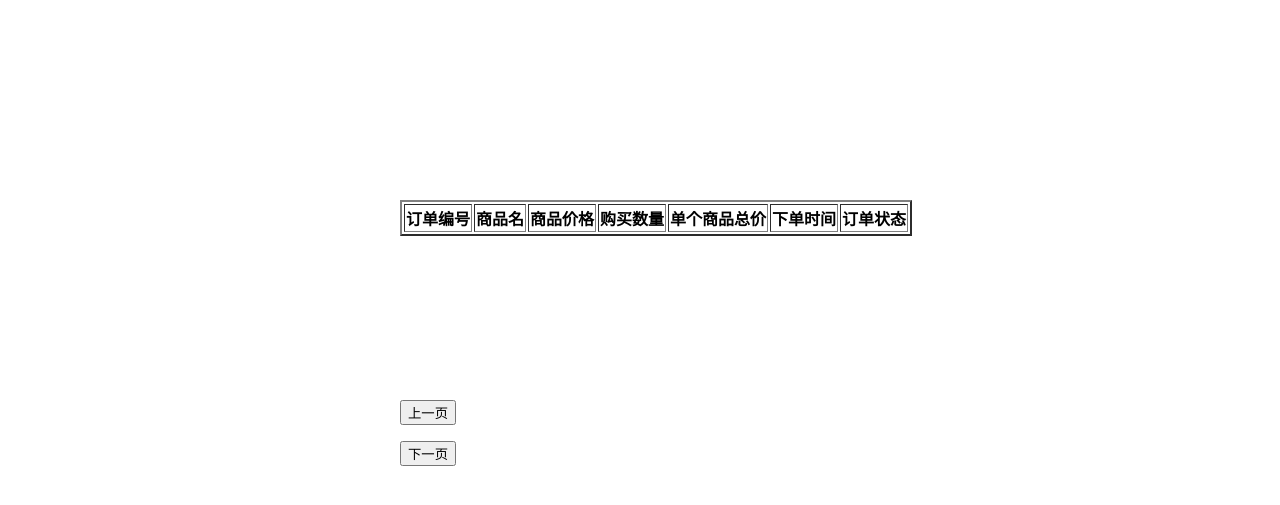
Repository: Gale-student/Gale-student.github.io
Page: http://localhost/weshop/OrdersDetailQueryAllServlet
These files come from the project's save history. The page is drawn as it stood at one moment and after the next save; the edit follows.
The browser window is 1280 px wide. The pictures show the whole page.
The page is served by Tomcat 9. Queries for data that is not in the repository find no rows.

Above is the page before, as saved 2022-10-04 09:00:08.

After the next save:
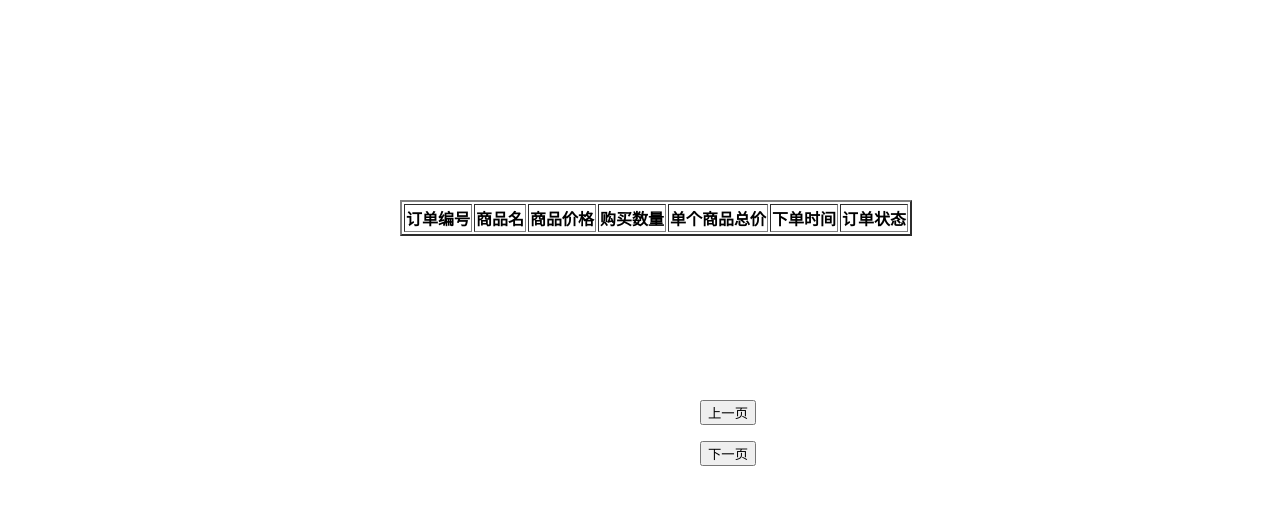
Saved 46 s later.
--- a/WeShop/weshop/WebRoot/WEB-INF/jsp/OrdersQueryOfUser.jsp
+++ b/WeShop/weshop/WebRoot/WEB-INF/jsp/OrdersQueryOfUser.jsp
@@ -48,7 +48,7 @@ String basePath = request.getScheme()+"://"+request.getServerName()+":"+request.
        </tr>
        <%} %>
     </table>
-    <div style="position: absolute; left: 400px; top: 400px;">
+    <div style="position: absolute; left: 700px; top: 400px;">
     <form action="" method="post">
        <input type="submit" value="上一页">
     </form>
